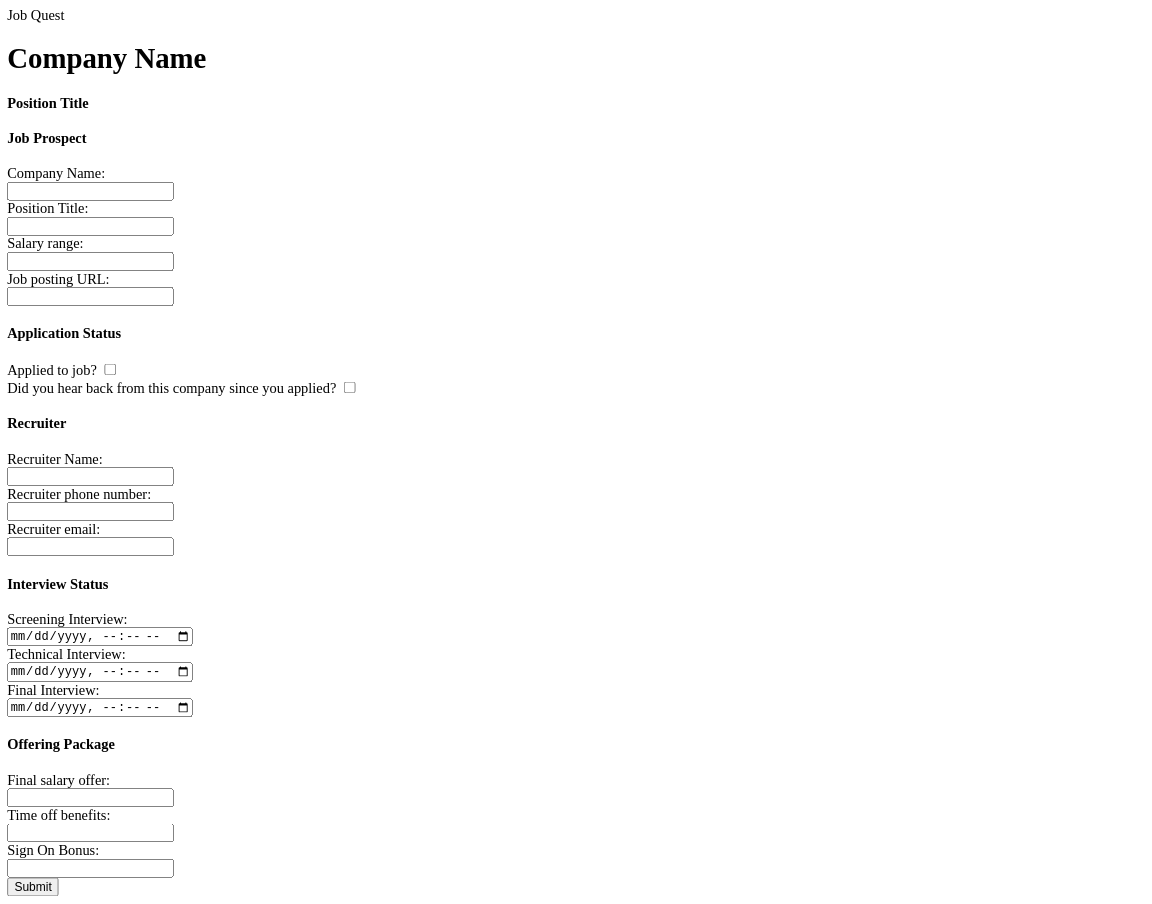
Repository: AllSystemsRGeorge/Job-Quest
Page: utils/mainPageHelper.html
An editor plug-in stored every save of this project. The page is shown before and after the next save, followed by the edit.
The browser window is 1280 px wide. The pictures show the whole page, at 90% of full size.

Above is the page before, as saved 2022-08-04 17:51:17.

### utils/mainPageHelper.html
<!DOCTYPE html>
<html lang="en">
<head>
    <meta charset="UTF-8">
    <meta http-equiv="X-UA-Compatible" content="IE=edge">
    <meta name="viewport" content="width=device-width, initial-scale=1.0">
    <title>Job Quest</title>
</head>
<body>
    <nav>Job Quest</nav>
    <div class="jobCard">
        <div class="cardHeader">
            <h1>Company Name</h1>
            <h4>Position Title</h4>
        </div>
    </div>
    <form>
        <!-- job summary -->
        <h4>Job Prospect</h4>
        <label for="name">Company Name:</label><br>
        <input type="text" name="name"><br>
        <label for="position">Position Title:</label><br>
        <input type="text" name="position"><br>
        <label for="initialSalary">Salary range:</label><br>
        <input type="number" name="initialSalary"><br>
        <label for="jobDesLink">Job posting URL: </label><br>
        <input type="url" name="jobDesLink">

        <!-- application process -->
        <h4>Application Status</h4>
        <label for="applied">Applied to job?</label>
        <input type="checkbox" name="jobApplication"><br>
        <label for="feedback">Did you hear back from this company since you applied?</label>
        <input type="checkbox" name="feedback"><br>

        <!-- recruiter contact info -->
        <h4>Recruiter</h4>
        <label for="recName">Recruiter Name:</label><br>
        <input type="text" name="recName"><br>
        <label for="recPhoneNum">Recruiter phone number:</label><br>
        <input type="tel" name="recPhoneNum"><br>
        <label for="recEmail">Recruiter email:</label><br>
        <input type="email" name="recEmail"><br>

        <!-- interview process -->
        <h4>Interview Status</h4>
        <label for="screeningInt">Screening Interview:</label><br>
        <input type="datetime-local" name="screeningInt"><br>
        <label for="technicalInt">Technical Interview:</label><br>
        <input type="datetime-local" name="technicalInt"><br>
        <label for="finalInt">Final Interview:</label><br>
        <input type="datetime-local" name="finalInt"><br>

        <!-- hiring process -->
        <h4>Offering Package</h4>
        <label for="finalSalary">Final salary offer:</label><br>
        <input type="number" name="finalSalary"><br>
        <label for="finalSalary">Time off benefits:</label><br>
        <input type="text" name="finalSalary"><br>
        <label for="stockOpt">Sign On Bonus:</label><br>
        <input type="number" name="finalSalary"><br>

        <input type="submit">
    </form>
</body>
</html>

After the next save:
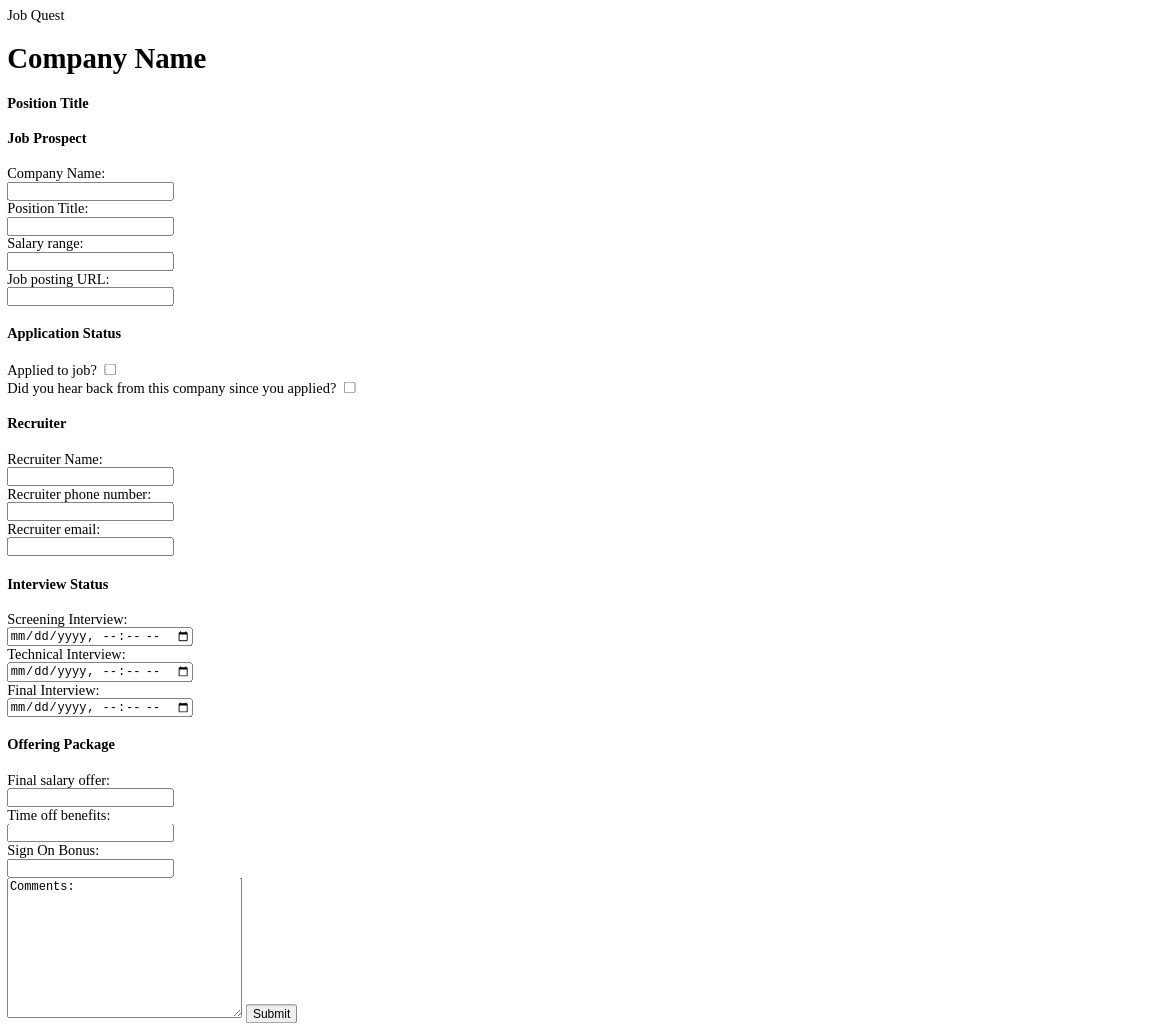
Saved 2 min 13 s later.
--- a/utils/mainPageHelper.html
+++ b/utils/mainPageHelper.html
@@ -59,6 +59,7 @@
         <input type="text" name="finalSalary"><br>
         <label for="stockOpt">Sign On Bonus:</label><br>
         <input type="number" name="finalSalary"><br>
+        <textarea name="comments" id="" cols="30" rows="10">Comments:</textarea>
 
         <input type="submit">
     </form>
